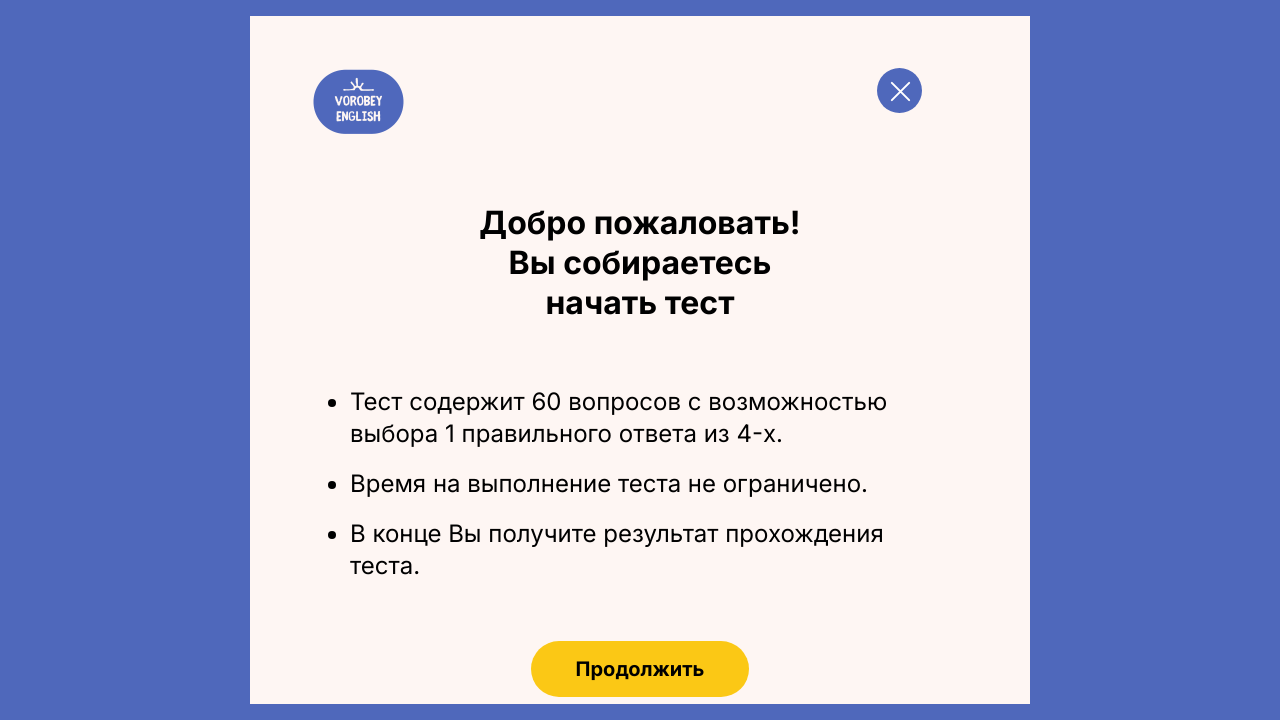
Repository: WladimirVA/Diplom
Page: templates/next_test.html
An editor plug-in stored every save of this project. The page is shown before and after the next save, followed by the edit.
The browser window is 1280 px wide. The pictures show the whole page.

Above is the page before, as saved 2023-05-04 20:02:20.

After the next save:
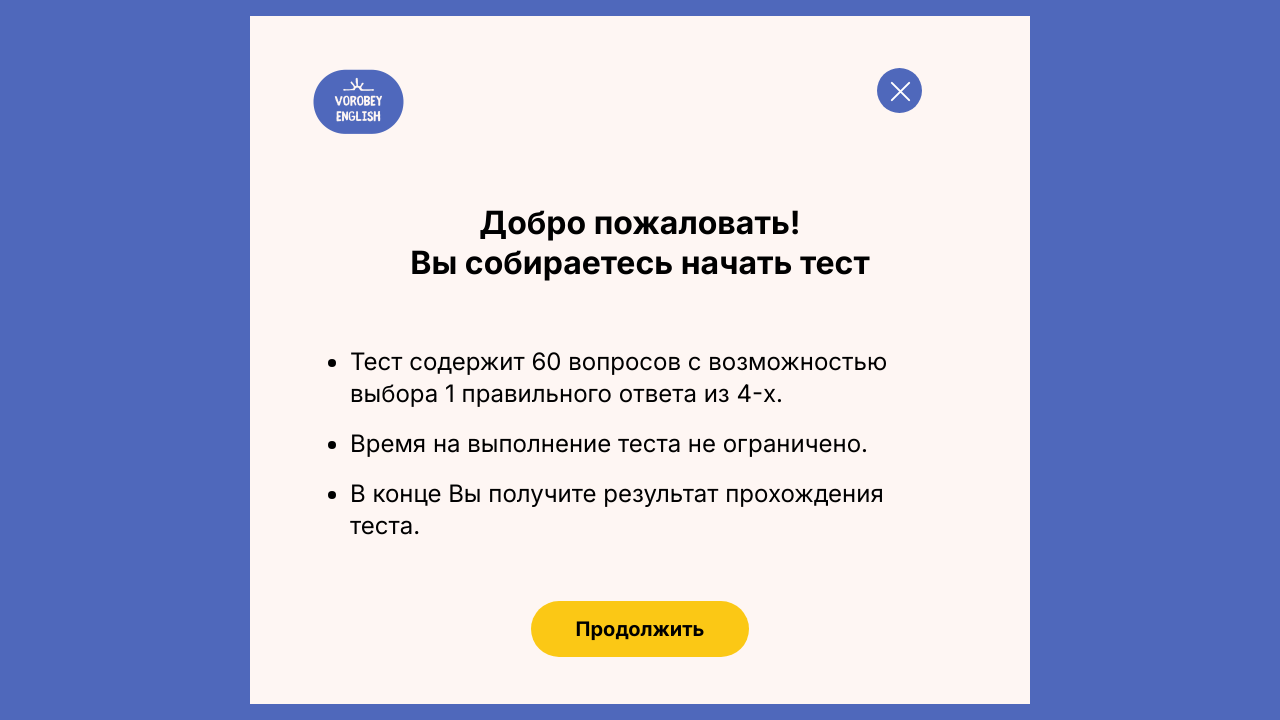
Saved 45 s later.
--- a/static/css/name.css
+++ b/static/css/name.css
@@ -33,6 +33,10 @@ body {
     top:  50%;
     left: 50%;
     transform: translate(-50%,-50%);
+}
+
+.br-mob1 {
+    display: none;
 }
 
 .Name-logo {
